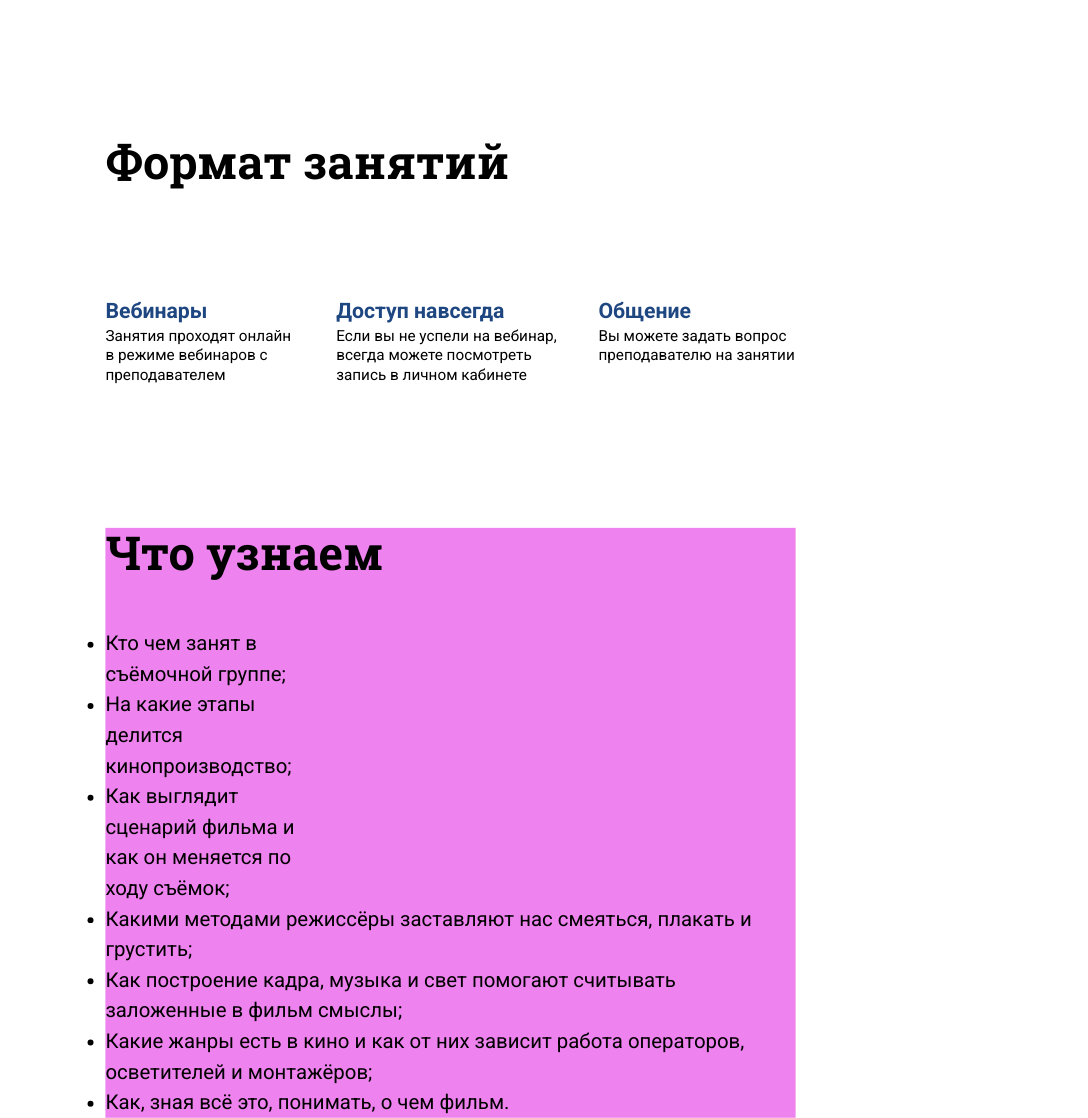
Repository: PoladEziz/Task2
Page: index.html
The author's editor kept a copy of each file at every save. The page is drawn from the files as they stood at one save, then again after the next save.
The browser window is 1280 px wide. The pictures show the whole page, at 85% of full size.

Above is the page before, as saved 2023-05-04 17:43:48.

### index.html
<!DOCTYPE html>
<html lang="en">

<head>
    <meta charset="UTF-8">
    <meta http-equiv="X-UA-Compatible" content="IE=edge">
    <meta name="viewport" content="width=device-width, initial-scale=1.0">
    <title>Document</title>
    <link rel="stylesheet" href="index.css">
</head>

<body>
    <div class="main">
        <div class="page-1">
            <h1>Формат занятий</h1>
            <div class="top_child">

                <ul>
                    <li>
                        <h2>Вебинары</h2>
                        <p>Занятия проходят онлайн
                            в режиме вебинаров
                            с преподавателем</p>
                    </li>

                    <li>
                        <h2>Доступ навсегда</h2>
                        <p>Если вы не успели на вебинар, всегда можете посмотреть запись в личном кабинете</p>
                    </li>

                    <li>
                        <h2>Общение</h2>
                        <p>Вы можете задать вопрос
                            преподавателю на занятии</p>
                    </li>


                </ul>
            </div>

        </div>
        <div class="page-2">
            <h1>Что узнаем</h1>
            <ul>
                <li>Кто чем занят в съёмочной группе; </li>
                <li>На какие этапы делится кинопроизводство; </li>
                <li>Как выглядит сценарий фильма и как он меняется по ходу съёмок; </li>
                <li>Какими методами режиссёры заставляют нас смеяться, плакать и грустить; </li>
                <li>Как построение кадра, музыка и свет помогают считывать заложенные в фильм смыслы; </li>
                <li>Какие жанры есть в кино и как от них зависит работа операторов, осветителей и монтажёров; </li>
                <li>Как, зная всё это, понимать, о чем фильм.</li>
            </ul>




        </div>


    </div>
</body>

</html>

### index.css
@import url("https://fonts.googleapis.com/css2?family=Roboto+Slab:wght@700&family=Roboto:wght@700&display=swap");
@import url("https://fonts.googleapis.com/css2?family=Roboto&family=Roboto+Slab:wght@700&display=swap");

* {
  margin: 0;
  padding: 0;
}

.main {
  /* width: 100%; */
  display: flex;
  flex-direction: column;
  padding-left: 124px;
  padding-top: 162px;
  padding-right: 344px;
}

.page-1 h1 {
  margin-bottom: 133px;
  font-family: "Roboto Slab";
  font-style: normal;
  font-weight: 700;
  font-size: 55px;
  line-height: 55px;
}
.page-1 ul {
  width: 100%;
  display: flex;
  justify-content: space-between;
}
.page-1 ul li {
  list-style-type: none;
}
li:nth-child(1) {
  width: 223px;
}
li:nth-child(2) {
  width: 260px;
}
li:nth-child(3) {
  width: 232px;
}
.page-1 ul li h2 {
  font-family: "Roboto";
  font-style: normal;
  font-weight: 700;
  font-size: 25px;
  line-height: 130%;
  color: #1e4681;
}

.page-1 ul li p {
  font-family: "Roboto";
  font-style: normal;
  font-weight: 400;
  font-size: 18px;
  line-height: 130%;
}

.page-2 {
  display: flex;
  flex-direction: row;
  width: 100%;
}

.page-1 h1 {
  width: 100%;
}

.page-2 {
    margin-top: 168px;
    background-color: violet;
  width: 100%;
  display: flex;
  flex-direction: column;
}

.page-2 h1 {
    margin-bottom: 62px;
  font-family: Roboto Slab;
  font-size: 55px;
  font-weight: 700;
  line-height: 56px;
  text-align: left;
}
.page-2 ul{
    background-color: ;
}

.page-2 ul li {
  font-family: Roboto;
  font-size: 24px;
  font-weight: 400;
  line-height: 36px;
  text-align: left;
}

After the next save:
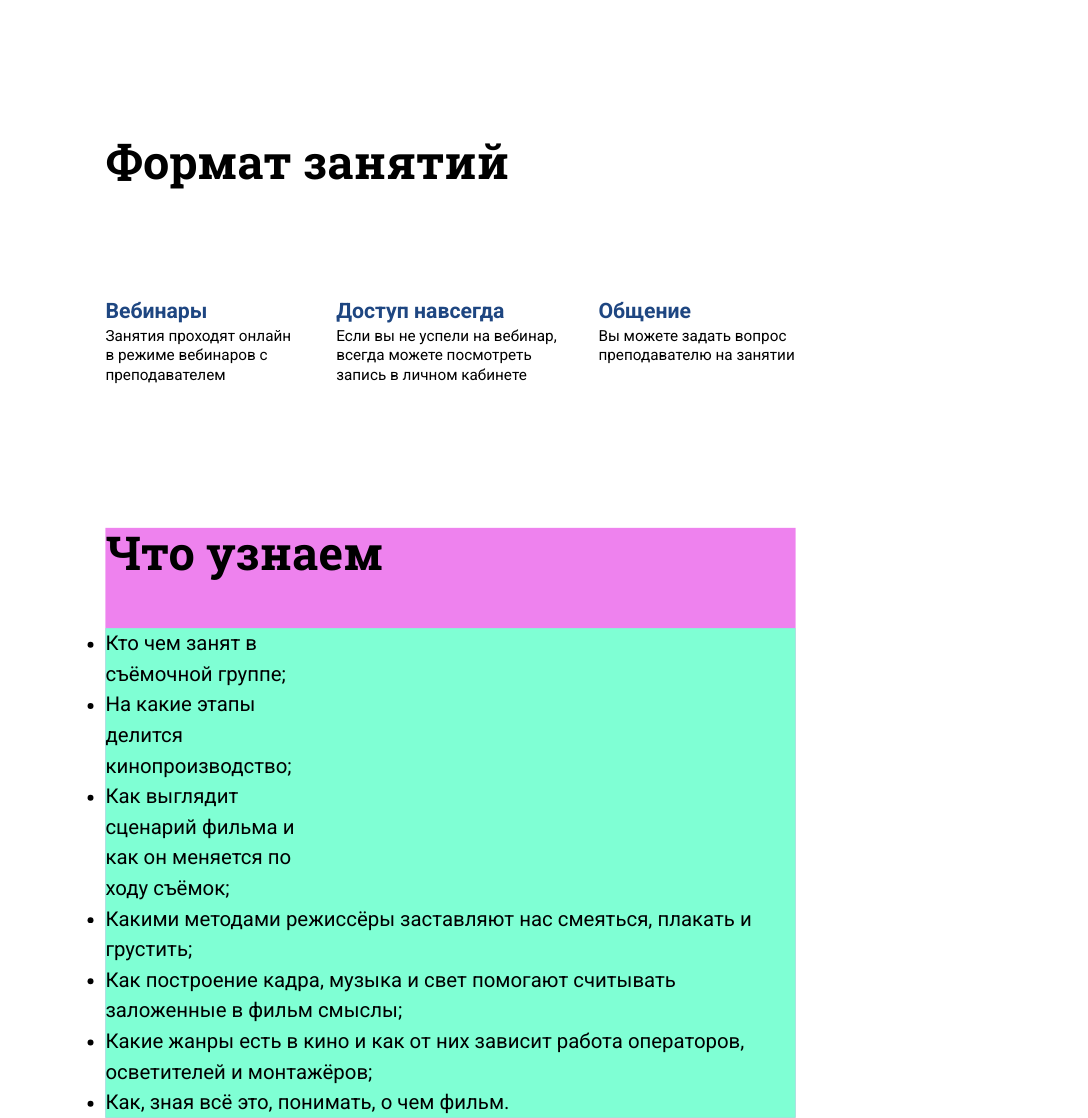
Saved 5 s later.
--- a/index.css
+++ b/index.css
@@ -84,7 +84,7 @@ li:nth-child(3) {
   text-align: left;
 }
 .page-2 ul{
-    background-color: ;
+    background-color: aquamarine;
 }
 
 .page-2 ul li {
